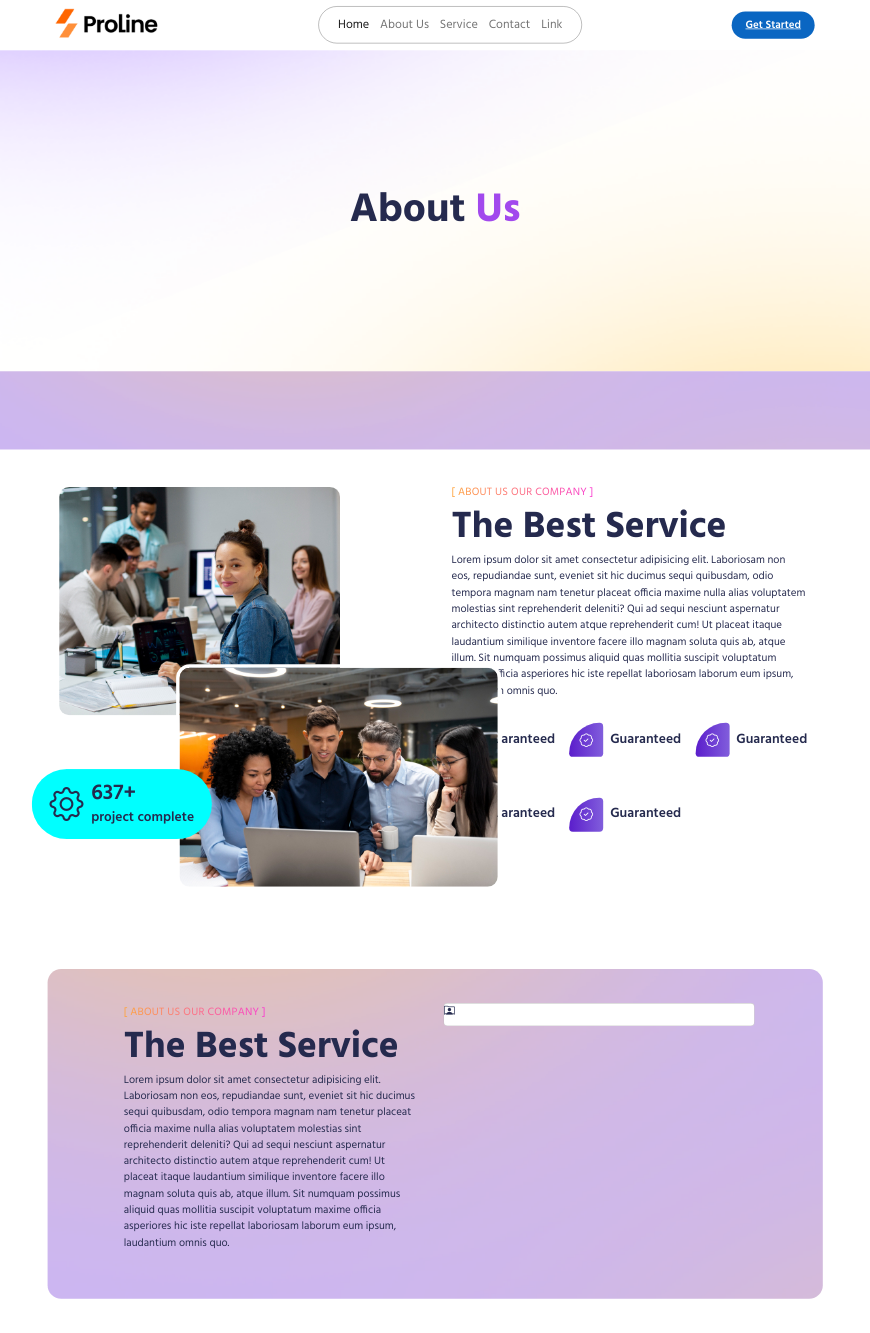
Repository: tagnam/corporate
Page: aboutus.html
The author's editor kept a copy of each file at every save. The page is drawn from the files as they stood at one save, then again after the next save.
The browser window is 1280 px wide. The pictures show the whole page, at 68% of full size.

Above is the page before, as saved 2025-02-15 12:14:51.

After the next save:
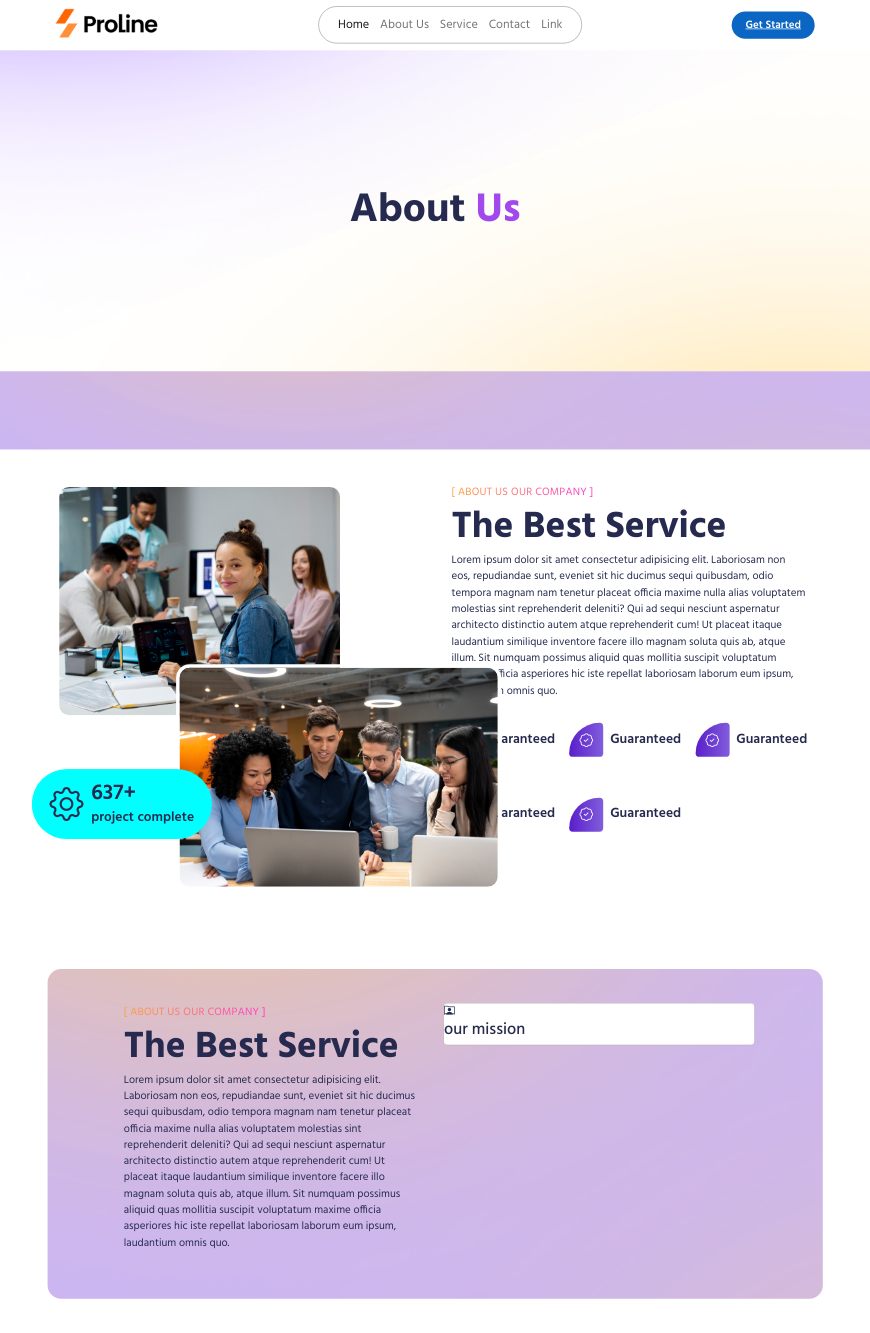
Saved 6 s later.
--- a/aboutus.html
+++ b/aboutus.html
@@ -210,9 +210,7 @@
                                             </div>
                                             <div class="col-md-9">
                                                 <div class="mission-content">
-                                                <h4>
-
-                                                </h4>
+                                                <h4> our mission</h4>
                                                 </div>
                                             </div>
                                         </div>
